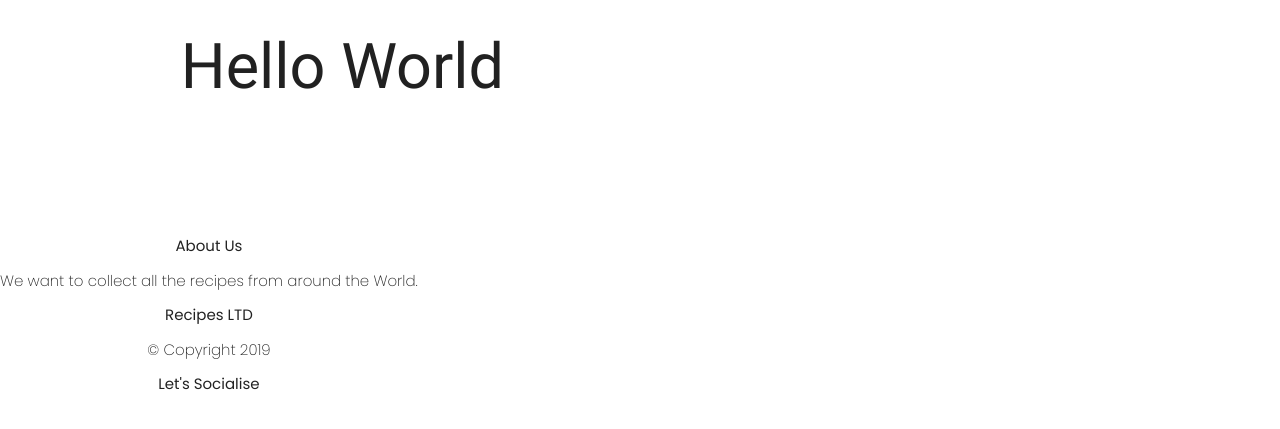
Repository: MarzDell/milestone-project
Page: http://localhost/
The author's editor kept a record of every edit. The page is drawn from the files as they stood at one moment, then again after the next edit.
The browser window is 1280 px wide. The pictures show the whole page.
The page is served by the project's application, run on Flask 3 (app.py). Queries for data that is not in the repository find no rows.

Above is the page before.

### templates/main.html
{% extends 'index.html' %}
{% block content %}


<div class='row'>
    <h1>Hello World</h1>
</div>
{% endblock %}

### templates/index.html
<!DOCTYPE html>
<html lang="en">
<head>
    <link href="https://fonts.googleapis.com/icon?family=Material+Icons" rel="stylesheet">
    <link rel="stylesheet"  href="https://cdnjs.cloudflare.com/ajax/libs/materialize/0.100.2/css/materialize.min.css">
    <link rel="stylesheet" href="{{ url_for('static', filename='css/style.css') }}" type="text/css" />
</head>
<body>

    <div class='container'>
            {% block content %}
            {% endblock %}
    </div>
     <footer class="container-fluid ">
            <div class="row ">
                <div class="col-sm-4 ">
                    <h6 class="general about">About Us</h6>
                    <p class="inline-block ">
                        We want to collect all the recipes from around the World.
                    </p>
                </div>
                <div class="col-sm-4 ">
                    <h6 class="general copyright">Recipes LTD</h6>
                    <p class="inline-block">
                        &copy; Copyright 2019
                    </p>
                </div>
                <div class="col-sm-4 ">
                    <h6 class="general social">Let's Socialise</h6>
                    <ul class="list-inline social-links ">
                        <li><a target="_blank" href="# "><i class="fa fa-facebook "></i></a></li>
                        <li><a target="_blank" href="# "><i class="fa fa-twitter "></i></a></li>
                        <li><a target="_blank" href="# "><i class="fa fa-instagram "></i></a></li>
                        <li><a target="_blank" href="# "><i class="fa fa-youtube "></i></a></li>
                    </ul>
                </div>
            </div>
        </footer>

    <script src="https://cdnjs.cloudflare.com/ajax/libs/jquery/3.4.1/jquery.min.js"></script>
    <script src="https://cdnjs.cloudflare.com/ajax/libs/materialize/0.100.2/js/materialize.min.js"></script>

</body>
</html>

### app.py
import os
from flask import Flask, render_template, redirect, request, url_for
from flask_pymongo import PyMongo
from bson.objectid import ObjectId

app = Flask(__name__)


app.config['MONGO_DBNAME'] = 'mileston-project'
app.config['MONGO_URI'] = 'mongodb+srv://Cat:Kot@myfirstcluster-tlipu.mongodb.net/milestone-project?retryWrites=true&w=majority'
mongo = PyMongo(app)

@app.route('/')

@app.route('/main')
def main():
    return render_template('main.html',
                            tasks=mongo.db.tasks.find())

if __name__ == '__main__':
    app.run(host=os.environ.get('IP'),
            port=int(os.environ.get('PORT')),
            debug=True)

### static/css/style.css
@import url('https://fonts.googleapis.com/css?family=Raleway:100,200,300,400,500,600,700|Poppins:100,200,300,400,500,600,700');

footer {
    margin: 0 auto;
    position: absolute;
    margin-top: 50px;
    padding-top: 35px;
}

.col-sm-4 {
    text-align: center;
}

.fa {
    font-size: 40px;
}

.col-sm-4 {
    font-family: 'Poppins', sans-serif;
    font-weight: 200;
}

After the next edit:
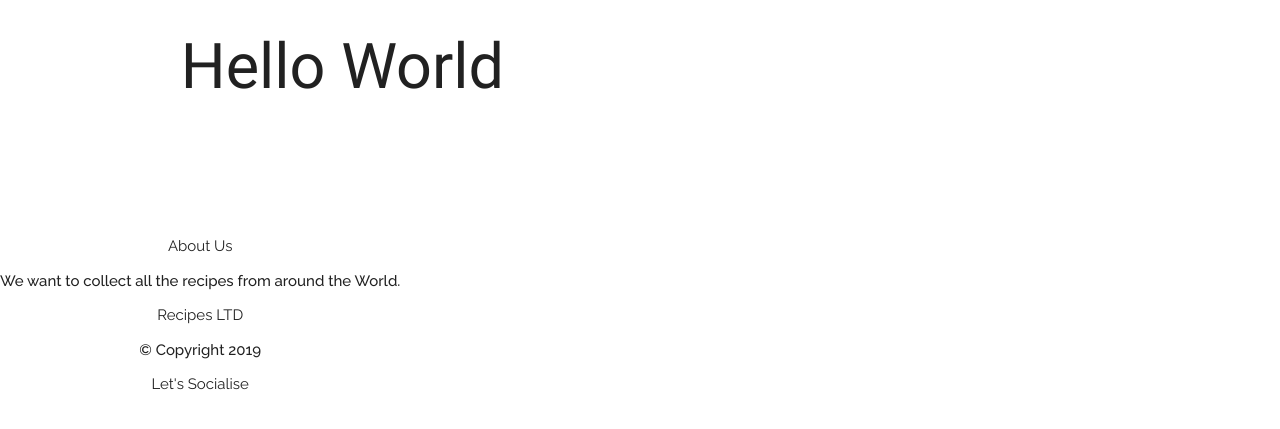
The edit:
--- a/static/css/style.css
+++ b/static/css/style.css
@@ -16,6 +16,6 @@
 }
 
 .col-sm-4 {
-    font-family: 'Poppins', sans-serif;
-    font-weight: 200;
+    font-family: 'Raleway', sans-serif;
+    font-weight: 500;
 }
